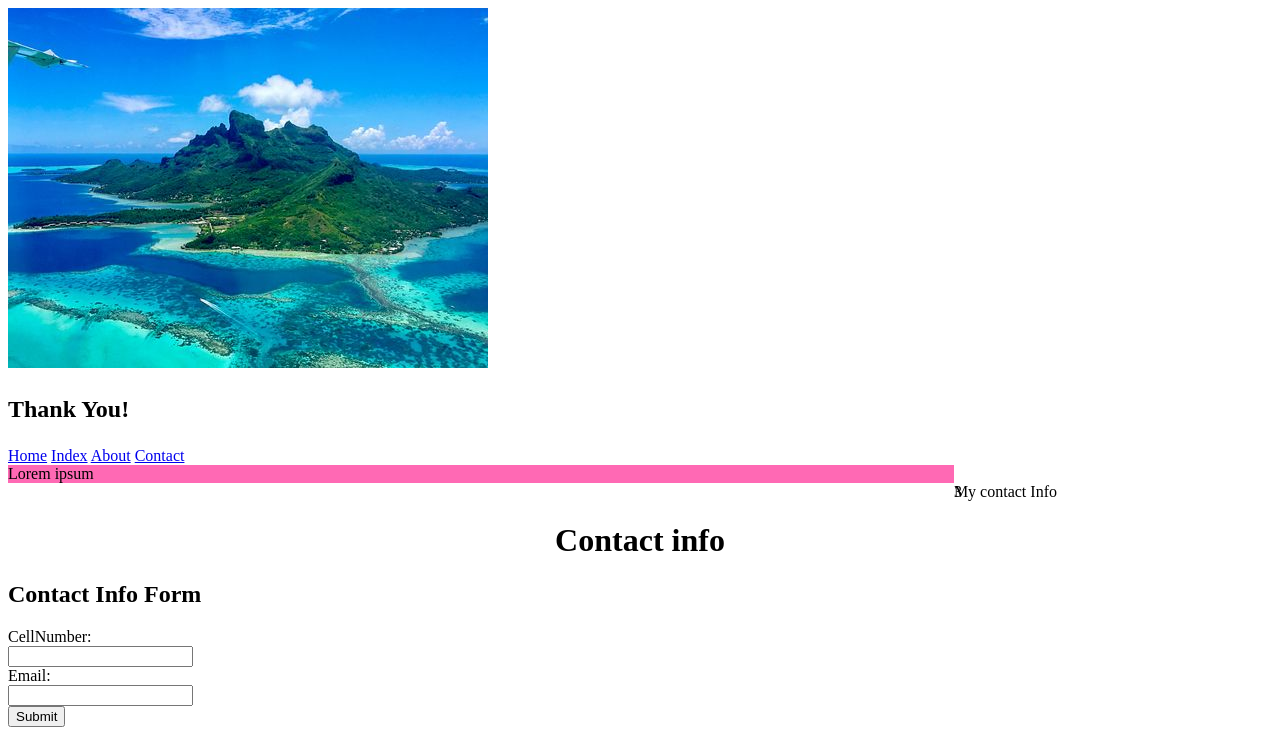
Repository: Melinda-Nanjad-Personal-Website/Personal-web
Page: contact.html
An editor plug-in stored every save of this project. The page is shown before and after the next save, followed by the edit.
The browser window is 1280 px wide. The pictures show the whole page.

Above is the page before, as saved 2023-07-31 15:42:17.

### contact.html
<!DOCTYPE html>
<html lang="en">
<head>
    <meta charset="UTF-8">
    <meta name="viewport" content="width=device-width, initial-scale=1.0">
    <link rel="stylesheet" type="text/css" href="cf.css">
    <!--My contact page css -->
    <title>Contact Page</title>
</head>
<main class="Contact info"
<article class="My contact Info grid-col-span-2 flow bg-primary-400 quote text-neutral-100">
<div class="flex">
</div>
<img src="island.jpeg" alt="island">
</div>
<div>
    <h2 class="Thank You"</h2>
        <p class="position">Thank You!</p>
</div>

</article>

<body>


</style>
<nav>
    <a class="active" href="/home.html">Home</a>
    <a class="active" href="/Index.html">Index</a>
    <a class="active" href="/about.html">About</a>
    <a class="active" href="contact.html">Contact</a>

        </nav>

    <div class="container">
        <div class="item item-1"> Lorem ipsum</div>
             <div class="item item-2"> My contact Info</div>
                <div class="item item-3"> 3</div>
    </div>

    <h1><center/>Contact info</h1>

    <article>
        <h2>Contact Info Form</h2>
        <form>
            <label for="cellNumber">CellNumber:</label><br/>
        <input type="number" id="cellNumber" name="cellNumber"/><br/>

<label for="email"> Email:</label><br/>
<input type="email" id="email" name="email"/><br/>

<input type="submit" value="Submit"

            </form>
    </article>

</body>

</html>

### cf.css
.border-primary-400{
    border: 2px solid #a775f1;
}

.container {
    display: grid;
   grid gap: 1.5rem;
    grid-template-columns: auto auto auto;
}

.item-1 {
    grid-row- span4;
    grid-column: 1/5;
    background-color: hotpink;
    padding: 5px
    grid-area: main;
}

.item-2 {
    grid-row: span 3;
    grid column:  2/5;
    grid-area:left
}

.item-3 {
    grid-row: span
    grid column 1/5;
    grid-area :right
}

//test for columns
.grid-container {
  display: grid;
  column-gap: 50px;
  grid-template-columns: 1fr 1fr 1fr;
  padding: 50px;
}

.grid-item{
  background-color: rgba(97, 148, 160, 0.8);
  border: 1px solid rgba(0, 0, 0, 0.8);
  padding: 20px;
  font-size: 14px;
  text-align: center;

After the next save:
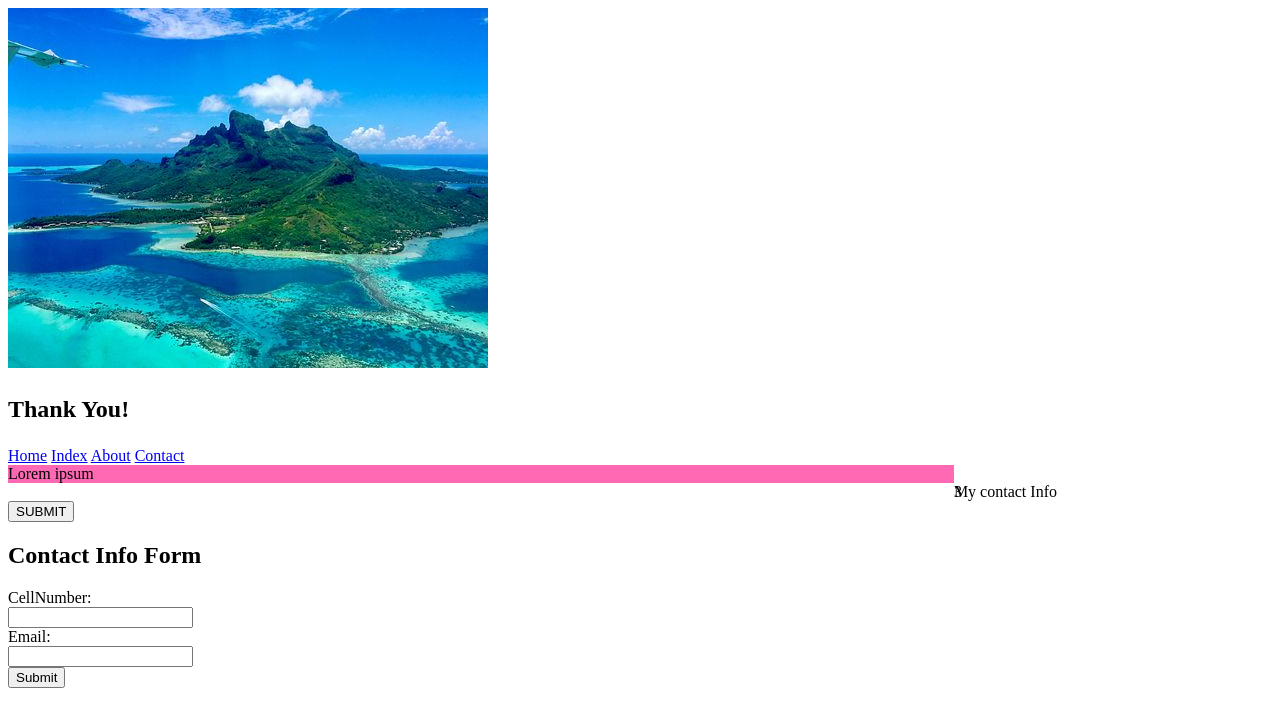
Saved 60 s later.
--- a/contact.html
+++ b/contact.html
@@ -38,7 +38,13 @@
                 <div class="item item-3"> 3</div>
     </div>
 
-    <h1><center/>Contact info</h1>
+    <article>
+        <form action="./success.html" method="GET" class="submitContainer">
+        <div>
+            <input type="submit" value="SUBMIT" class="submit">
+        </div>
+        </form>
+    </article>
 
     <article>
         <h2>Contact Info Form</h2>
